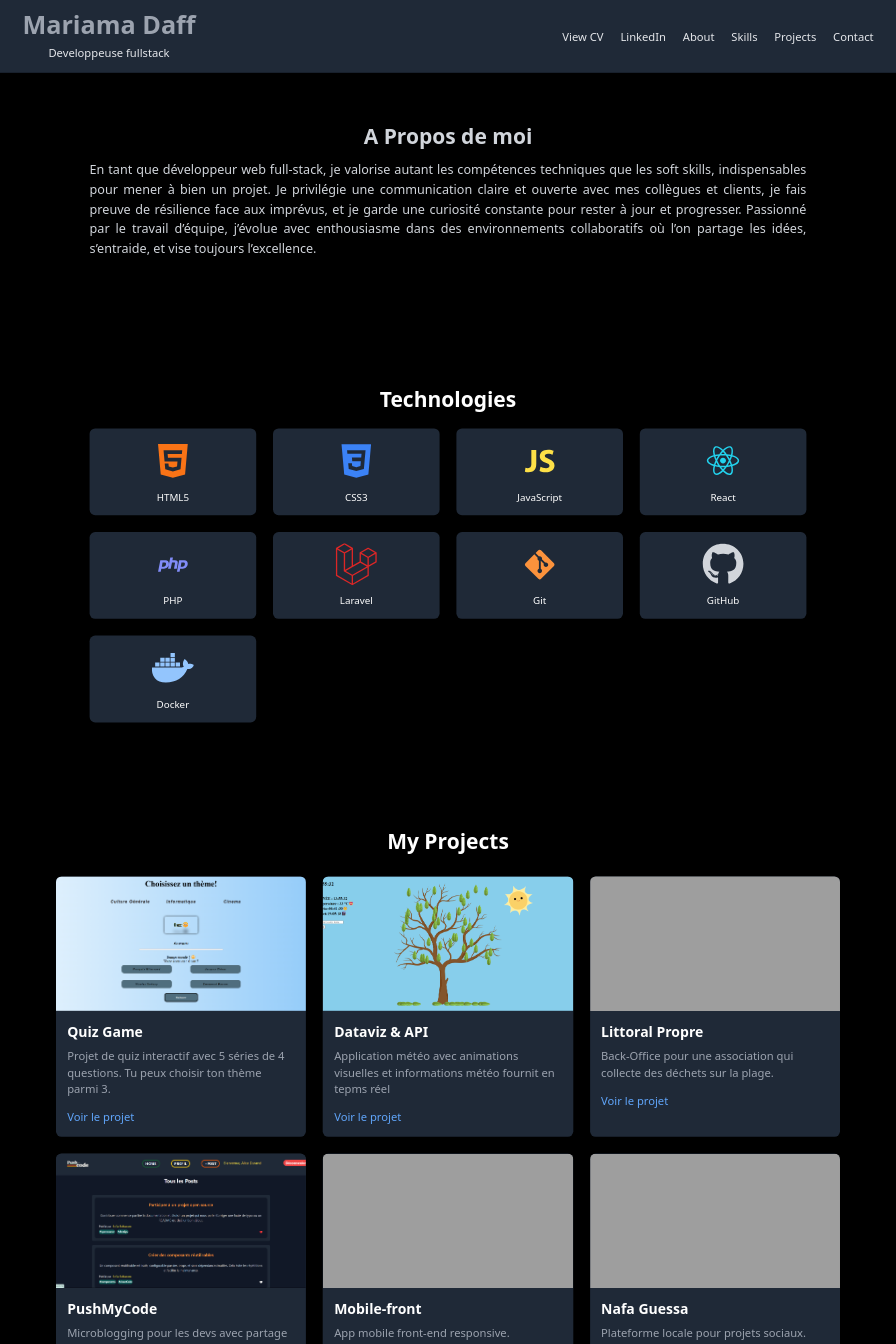
Repository: mariamdaff/Projets_Perso
Page: / (app in mon_portfolio/)
The author's editor kept a copy of each file at every save. The page is drawn from the files as they stood at one save, then again after the next save.
The browser window is 1280 px wide. The pictures show the part of the page from y = 0 to 1920 px (the page is 2687 px tall), at 70% of full size.
Pictures or frames that could not be fetched are drawn as grey boxes. The project was rebuilt for these pictures with package versions that can differ from the ones it lists, and the page was loaded fresh each time. Also part of the build but not shown: mon_portfolio/vite.config.js.

Above is the page before, as saved 2025-04-23 15:44:15.

After the next save:
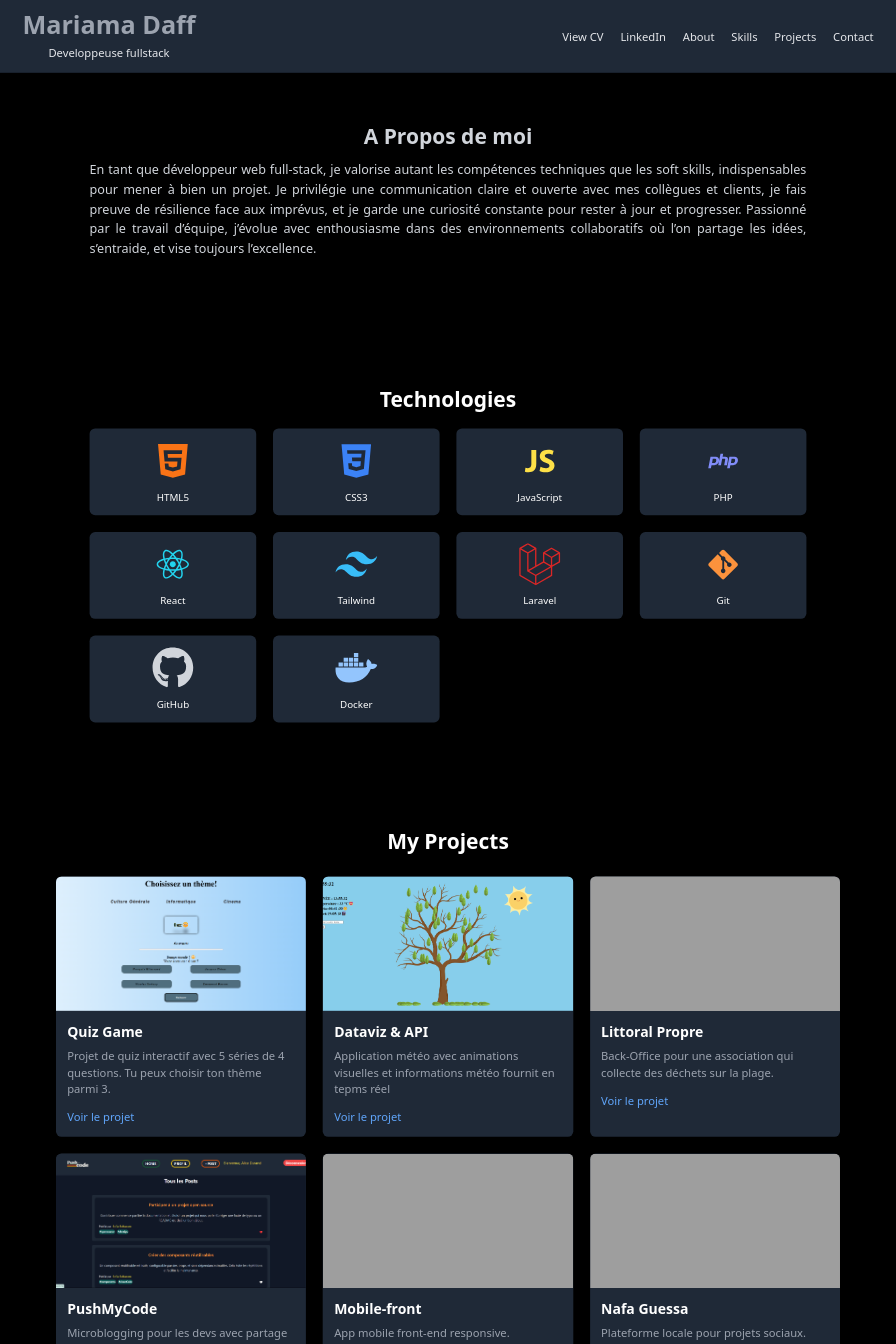
Saved 8 min 12 s later.
--- a/mon_portfolio/src/components/skills/Skills.jsx
+++ b/mon_portfolio/src/components/skills/Skills.jsx
@@ -22,13 +22,18 @@
     <span className="text-white text-sm mt-1">JavaScript</span>
   </li>
   <li className="flex flex-col items-center bg-gray-800 p-4 rounded-lg shadow-md hover:bg-gray-700 transition">
+    <DiPhp className="text-6xl text-indigo-400 mb-2" />
+    <span className="text-white text-sm mt-1">PHP</span>
+  </li>
+  <li className="flex flex-col items-center bg-gray-800 p-4 rounded-lg shadow-md hover:bg-gray-700 transition">
     <DiReact className="text-6xl text-cyan-400 mb-2" />
     <span className="text-white text-sm mt-1">React</span>
   </li>
   <li className="flex flex-col items-center bg-gray-800 p-4 rounded-lg shadow-md hover:bg-gray-700 transition">
-    <DiPhp className="text-6xl text-indigo-400 mb-2" />
-    <span className="text-white text-sm mt-1">PHP</span>
+    <SiTailwindcss className="text-6xl text-sky-400  mb-2" />
+    <span className="text-white text-sm mt-1">Tailwind</span>
   </li>
+
   <li className="flex flex-col items-center bg-gray-800 p-4 rounded-lg shadow-md hover:bg-gray-700 transition">
     <SiLaravel className="text-6xl text-red-600 mb-2" />
     <span className="text-white text-sm mt-1">Laravel</span>
